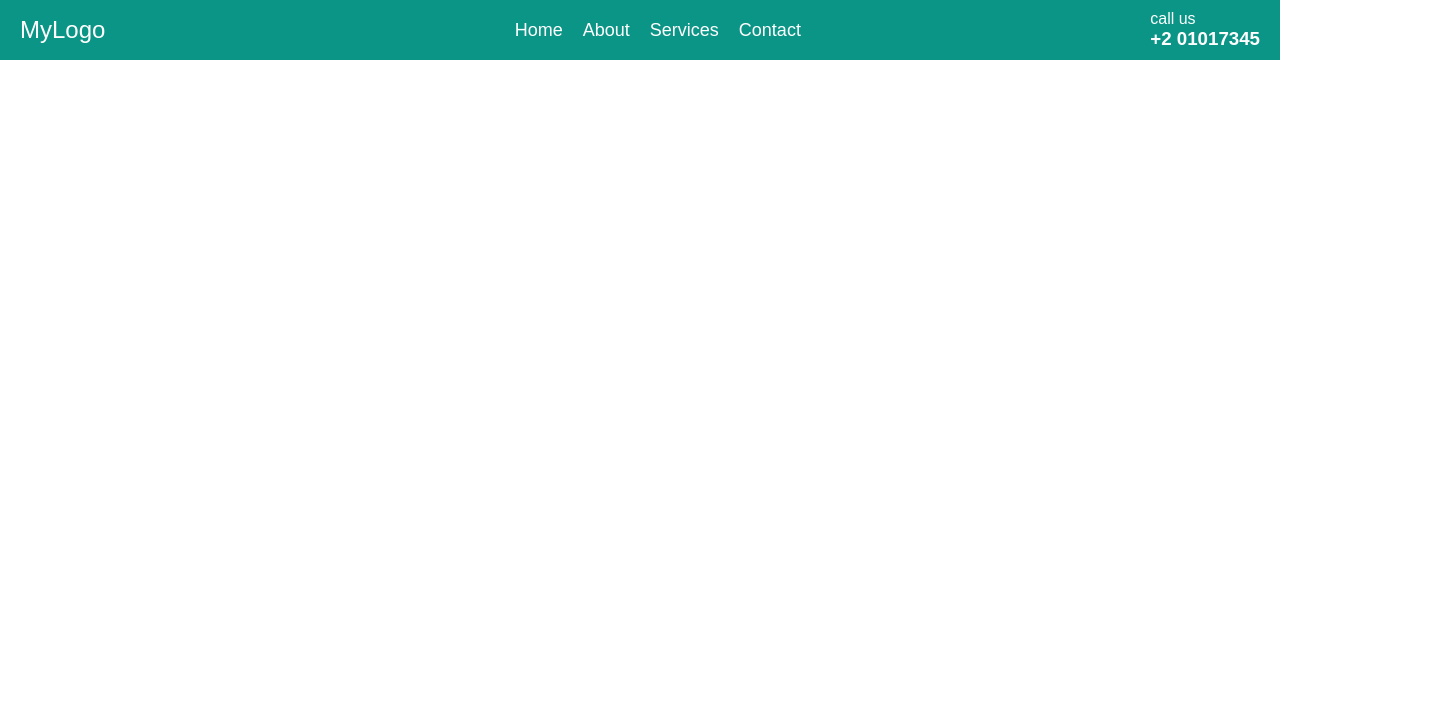
Repository: MaramNabil872/Landing-Page
Page: landingPage.html
The author's editor kept a copy of each file at every save. The page is drawn from the files as they stood at one save, then again after the next save.
The browser window is 1280 px wide. The page is 1280 px wide, then 1440 px, so the pictures cover 1440 px, including what lies to the right of the window. The pictures show the whole page.

Above is the page before, as saved 2024-10-19 18:09:08.

### landingPage.html
<!DOCTYPE html>
<html lang="en">
<head>
  <meta charset="UTF-8">
  <meta name="viewport" content="width=device-width, initial-scale=1.0">
  <title>Landing Page</title>
  <link rel="stylesheet" href="landingPage.css">
</head>
<body>
    <nav class="navbar">
        <div class="logo">MyLogo</div>

        <ul class="nav-links">
          <li><a href="#home">Home</a></li>
          <li><a href="#about">About</a></li>
          <li><a href="#services">Services</a></li>
          <li><a href="#contact">Contact</a></li>
        </ul>
        <div class="call">
            <p>call us</p>
            <h3>+2 01017345</h3>
        </div>
      </nav>

    </body>
    </html>

### landingPage.css
* {
    margin: 0;

  }

  body {
    font-family: Arial, sans-serif;
  }

  .navbar {
    background-color: #0b9586;
    display: flex;
    justify-content: space-between;
    align-items: center;
    padding: 10px 20px;
    position: relative;
  }

  .logo {
    color: #fff;
    font-size: 24px;
  }

  .nav-links {
    list-style: none;
    display: flex;
  }

  .nav-links li {
    margin-left: 20px;
  }

  .nav-links a {
    text-decoration: none;
    color: white;
    font-size: 18px;
    transition: color 0.3s;
  }

  .nav-links a:hover {
    color: #f0a500;
  }

 .call{
    color:#fff

 }

After the next save:
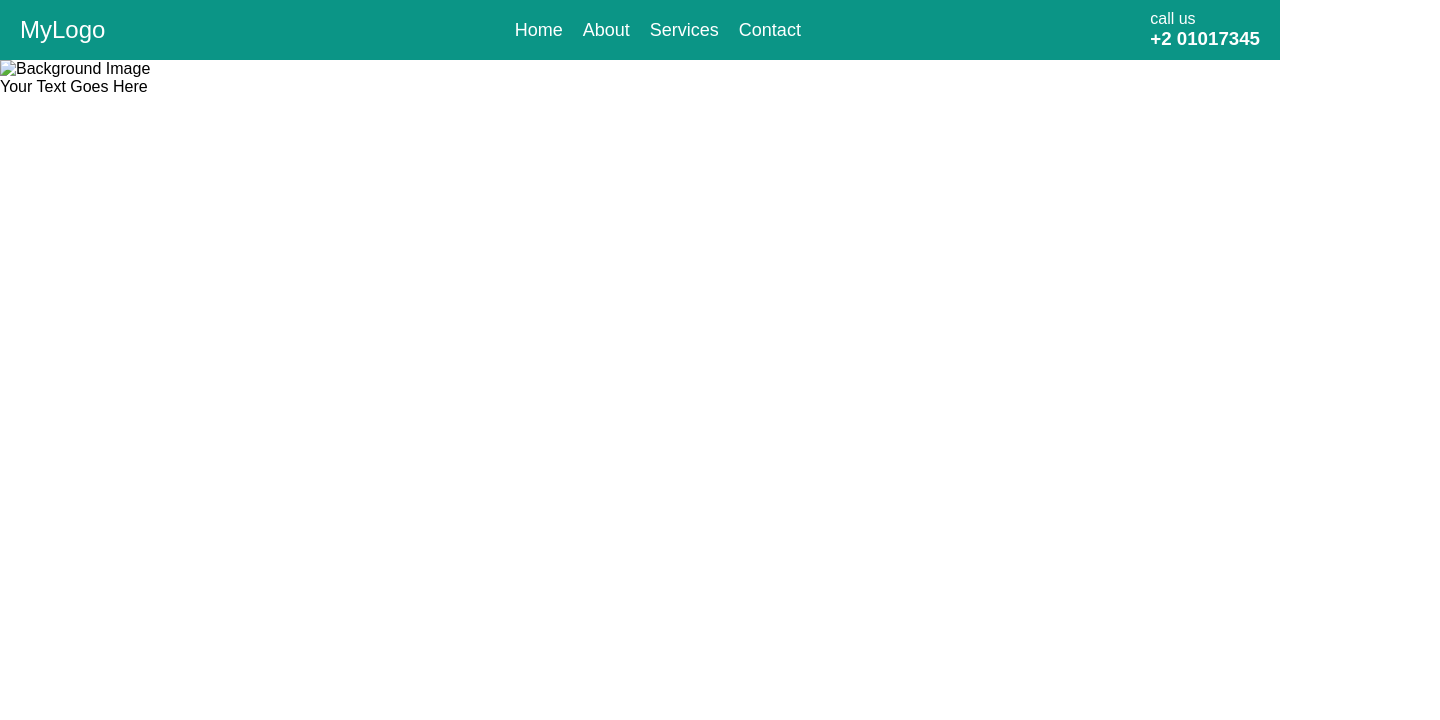
Not found: your-image.jpg
Saved 26 h 7 min later.
--- a/landingPage.html
+++ b/landingPage.html
@@ -21,6 +21,9 @@
             <h3>+2 01017345</h3>
         </div>
       </nav>
-
+      <div class="image-container">
+        <img src="your-image.jpg" alt="Background Image" class="background-image">
+        <div class="text-overlay">Your Text Goes Here</div>
+      </div>
     </body>
     </html>

After the 5 saves that followed:
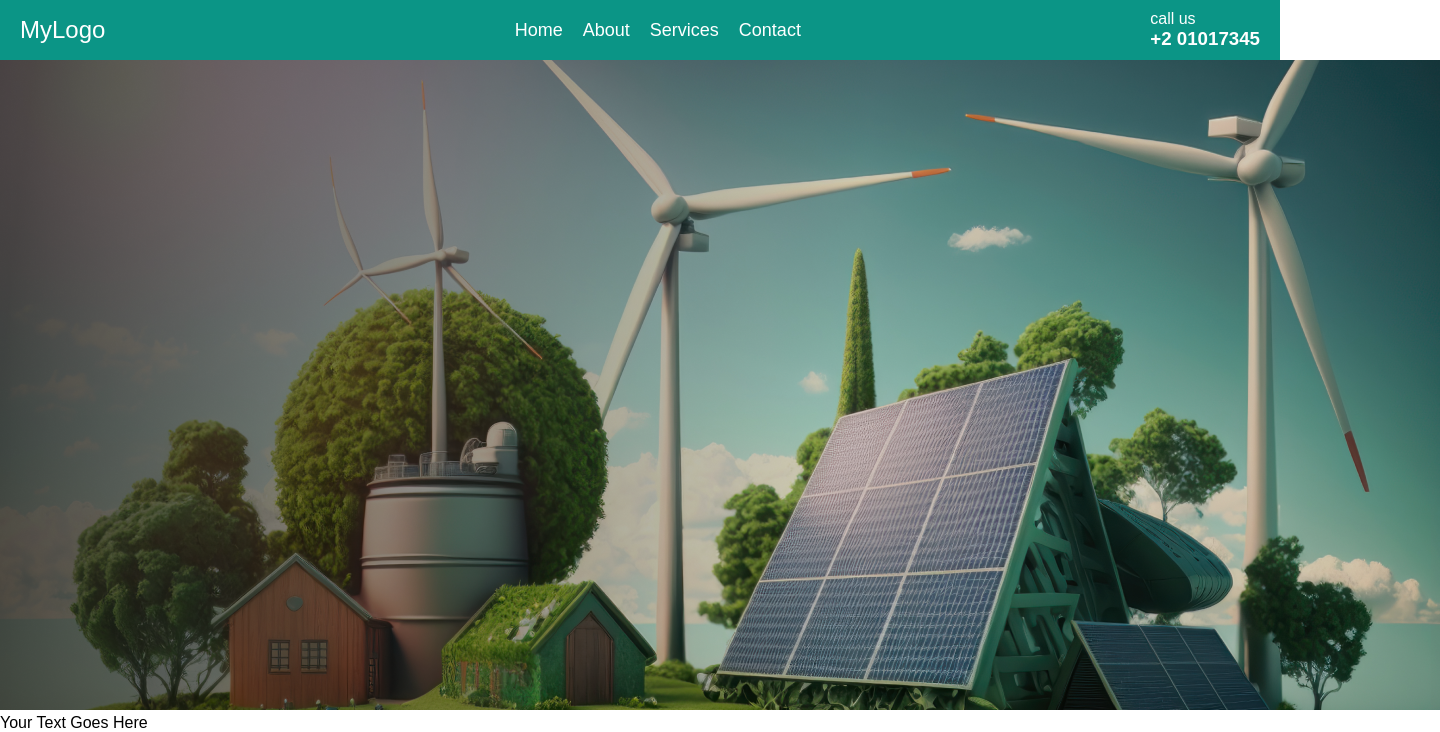
The 5 saves are shown as one change because 2 left the picture as it was and some came seconds apart.
The last was saved 20 s later.
--- a/landingPage.html
+++ b/landingPage.html
@@ -21,9 +21,14 @@
             <h3>+2 01017345</h3>
         </div>
       </nav>
+
+
       <div class="image-container">
-        <img src="your-image.jpg" alt="Background Image" class="background-image">
+        <img src="images/solar-panels-meadow 1.png" alt="Background Image" class="background-image">
         <div class="text-overlay">Your Text Goes Here</div>
       </div>
+
+
+
     </body>
     </html>
